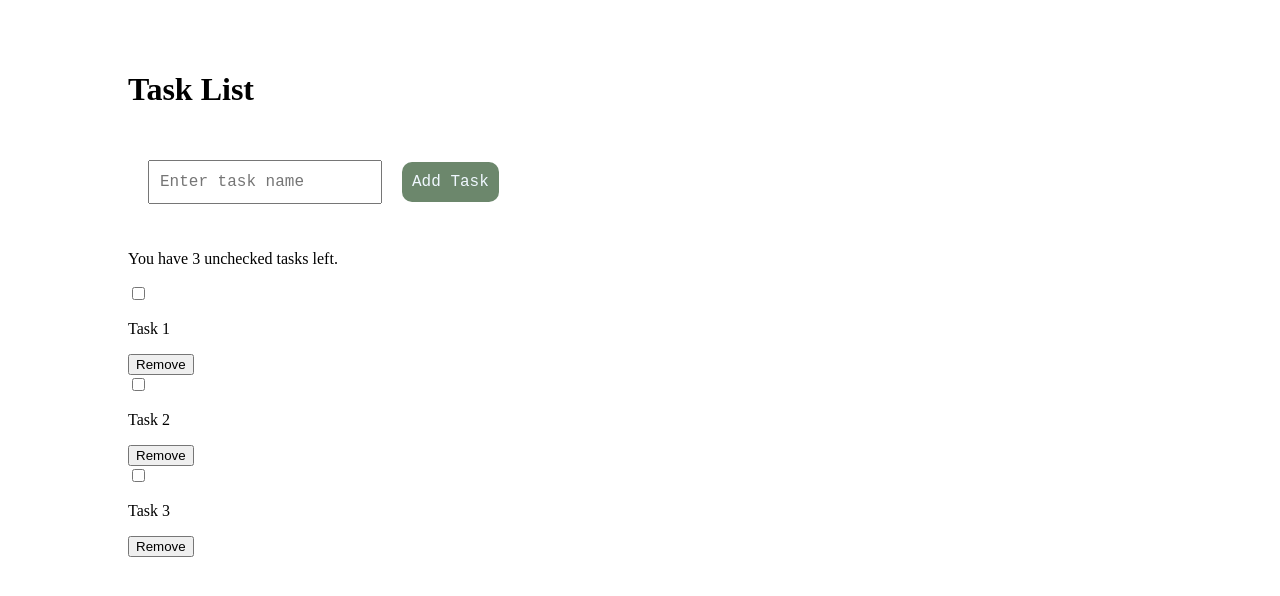
Repository: SandyLy453/task-list
Page: /
These files come from the project's save history. The page is drawn as it stood at one moment and after the next save; the edit follows.
The browser window is 1280 px wide. The pictures show the whole page.
The project was rebuilt for these pictures with package versions that can differ from the ones it lists, and the page was loaded fresh each time. Also part of the build but not shown: vite.config.js.

Above is the page before, as saved 2024-10-11 15:21:13.

After the next save:
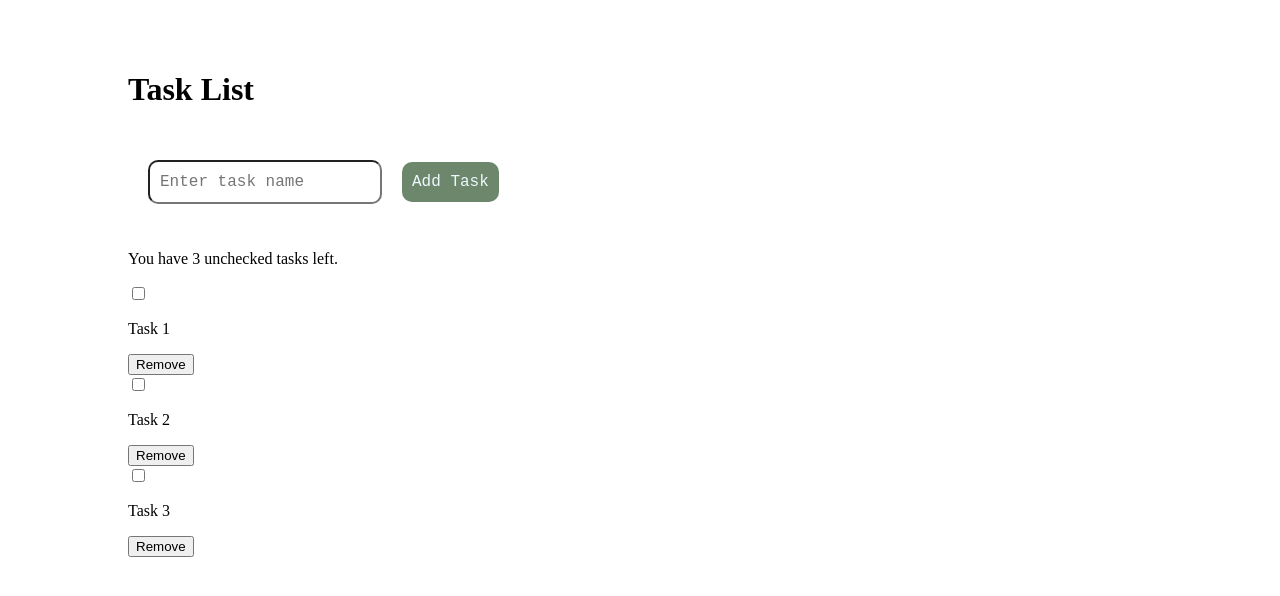
Saved 8 s later.
--- a/src/index.css
+++ b/src/index.css
@@ -13,6 +13,7 @@
   font-size: 16px;
   font-family: monospace;
   margin: 20px;
+  border-radius: 10px;
 }
 
 .sm-btn{
